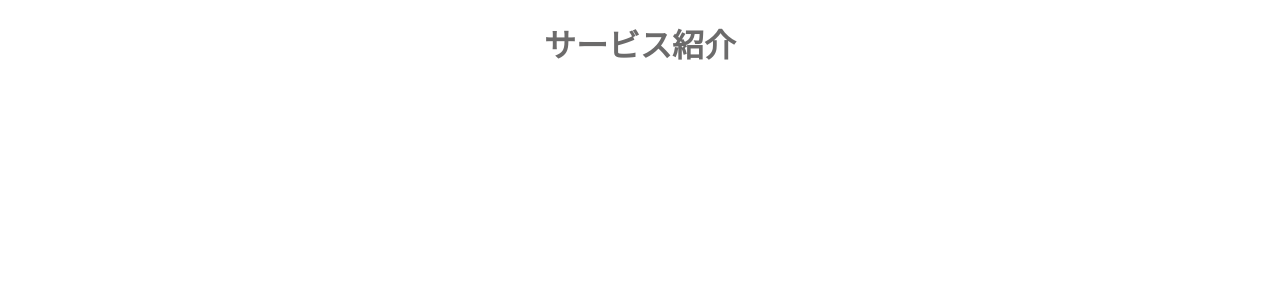
Repository: kawashimq/git-practice
Page: practice/html-7.html
The author's editor kept a record of every edit. The page is drawn from the files as they stood at one moment, then again after the next edit.
The browser window is 1280 px wide. The pictures show the whole page.

Above is the page before.

After the next edit:
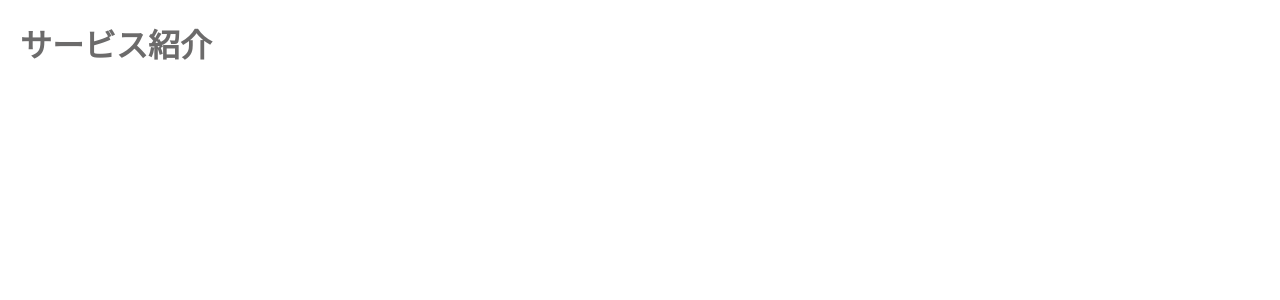
The edit:
--- a/practice/html-7.html
+++ b/practice/html-7.html
@@ -3,8 +3,8 @@
   <head>
     <meta charset="UTF-8" />
 
-    <link rel="stylesheet" href="html-5.css" />
-    <title>演習５</title>
+    <link rel="stylesheet" href="html-7.css" />
+    <title>演習7</title>
   </head>
 
   <body>
